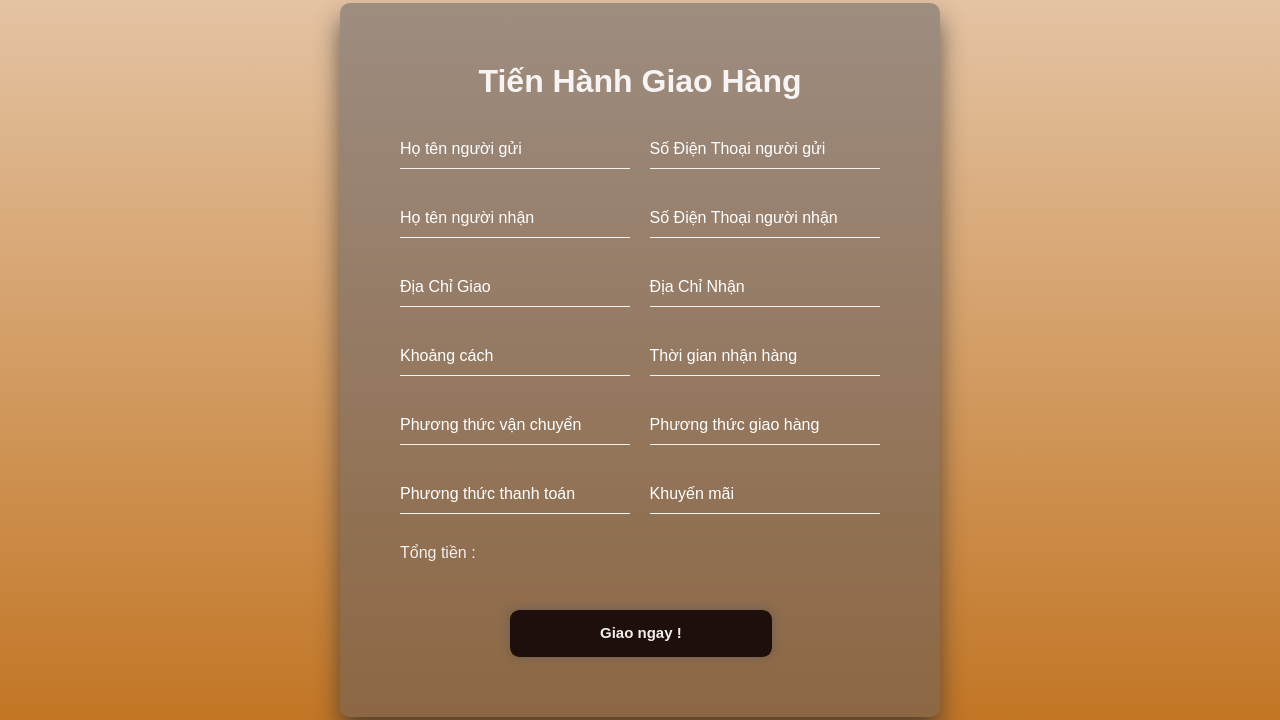
Repository: Pnguyen285/Demo
Page: Giao diện/index.html
These files come from the project's save history. The page is drawn as it stood at one moment and after the next save; the edit follows.
The browser window is 1280 px wide. The pictures show the whole page.

Above is the page before, as saved 2023-07-30 11:25:22.
Not found: Giao diện/bg-intro-desktop.png

### Giao diện/index.html
<!DOCTYPE html>
<html lang="en">
<head>
  <meta charset="UTF-8">
  <meta name="viewport" content="width=device-width, initial-scale=1.0">
  <title>Document</title>
  <link rel="stylesheet" type="" href="style.css">
  <img src="bg-intro-desktop.png" alt="">
</head>
<body>
  <div class="login-box">
    <h1>Tiến Hành Giao Hàng</h1>
    <div>
      <div class="user-box1">
        <div class="user-box">
          <input type="text" name="" required="">
          <label>Họ tên người gửi</label>
        </div>
        <div class="user-box">
          <input type="text" name="" required="">
          <label>Số Điện Thoại người gửi</label>
        </div>
      </div>
      <div class="user-box1">
        <div class="user-box">
          <input type="text" name="" required="">
          <label>Họ tên người nhận</label>
        </div>
        <div class="user-box">
          <input type="text" name="" required="">
          <label>Số Điện Thoại người nhận</label>
        </div>
      </div>
      <div class="user-box1">
        <div class="user-box">
          <input type="text" name="" required="">
          <label>Địa Chỉ Giao</label>
        </div>
        <div class="user-box">
          <input type="text" name="" required="">
          <label>Địa Chỉ Nhận</label>
        </div>
      </div>
      <div class="user-box1">
        <div class="user-box">
          <input type="text" name="" required="">
          <label>Khoảng cách</label>
        </div>
        <div class="user-box">
          <input type="text" name="" required="">
          <label>Thời gian nhận hàng</label>
        </div>
      </div>
      <div class="user-box1">
        <div class="user-box">
          <input type="number" name="" required="">
          <label>Phương thức vận chuyển</label>
        </div>
        <div class="user-box">
          <input type="number" name="" required="">
          <label>Phương thức giao hàng</label>
        </div>
      </div>
      <div class="user-box1">
        <div class="user-box">
          <input type="number" name="" required="">
          <label>Phương thức thanh toán</label>
        </div>
        <div class="user-box">
          <input type="text" name="" required="">
          <label>Khuyến mãi</label>
        </div>
      </div>
      <div class="totals">
          <label>Tổng tiền :</label>
      </div>
      <br>
      <button>
        <span class="transition"></span>
        <span class="gradient"></span>
        <span class="label">Giao ngay !</span>
      </button>
    </form>
  </div>
</body>
</html>

### Giao diện/style.css
html {
  height: 100%;
}
body {
  margin:0;
  padding:0;
  font-family: sans-serif;
  background: linear-gradient(#e4c3a3, #c27625);
}

.login-box {
  position: absolute;
  top: 50%;
  left: 50%;
  width: 600px;
  padding: 60px;
  transform: translate(-50%, -50%);
  background: rgba(88, 89, 97, 0.5);
  box-sizing: border-box;
  box-shadow: 0 15px 25px rgba(53, 50, 49, 0.742);
  border-radius: 10px;
  color:#fff
}

.login-box h1 {
  margin: 0 0 30px;
  padding: 0;
  color: #f8f4f4;
  text-align: center;
}

.login-box .user-box {
  position: relative;
  align-items: center;
  text-align: left;
}
.user-box{
  position: relative;
  display: inline-block;
  width: 48%;
  margin-right: 2%;

}
.login-box .user-box input {
  width: 100%;
  padding: 10px 0;
  font-size: 16px;
  color: #0b0607;
  margin-bottom: 30px;
  border: none;
  border-bottom: 1px solid #f2f3f0;
  outline: none;
  background: transparent;
}
.login-box .user-box label {
  position: absolute;
  top:0;
  left: 0;
  padding: 10px 0;
  font-size: 16px;
  color: #fff;
  pointer-events: none;
  transition: .5s;
}

.login-box .user-box input:focus ~ label,
.login-box .user-box input:valid ~ label {
  top: -20px;
  left: 0;
  color: #090705;
  font-size: 12px;
}


button {
  font-size: 15px;
  padding: 1em 6em;
  font-weight: 500;
  background: rgb(199, 108, 47);
  background: linear-gradient(90deg, rgba(196, 200, 203, 0.72), rgb(243, 142, 11) 0% 100%);
  color: #f1efec;
  font-weight: 900;
  border: none;
  position: relative;
  overflow: hidden;
  border-radius: 0.6em;
  box-shadow: 0 0 10px hsla(0, 2%, 37%, 0.8);
  transition: 0.2s;
  left: 110px;
}

.label {
  position: relative;
  top: -1px;
}

.transition {
  transition-timing-function: cubic-bezier(0.8, 0, 0.2, 1);
  transition-duration: 400ms;
  background: #1e0e0c;
  border-radius: 9999px;
  width: 20em;
  height: 11em;
  position: absolute;
  left: 50%;
  top: 50%;
  transform: translate(-50%, -50%);
}

button:hover .transition {
  width: 0;
  height: 0;
}

button:hover {
  transition: 0.2s;
  color: #110d0b;
}

button:active {
  transform: scale(0.97);
}
.user-box1:after {

  display: table;
  clear: both;
}
.user-box1 > div {
  float: left;
  width: 48%;
  margin-right: 4%;
}
.user-box1 > div:last-child {
  margin: 0;
}


.totals {
  margin: 0 0 30px;
  padding: 0;
  color: #f4efef;
  text-align: left;

}

After the next save:
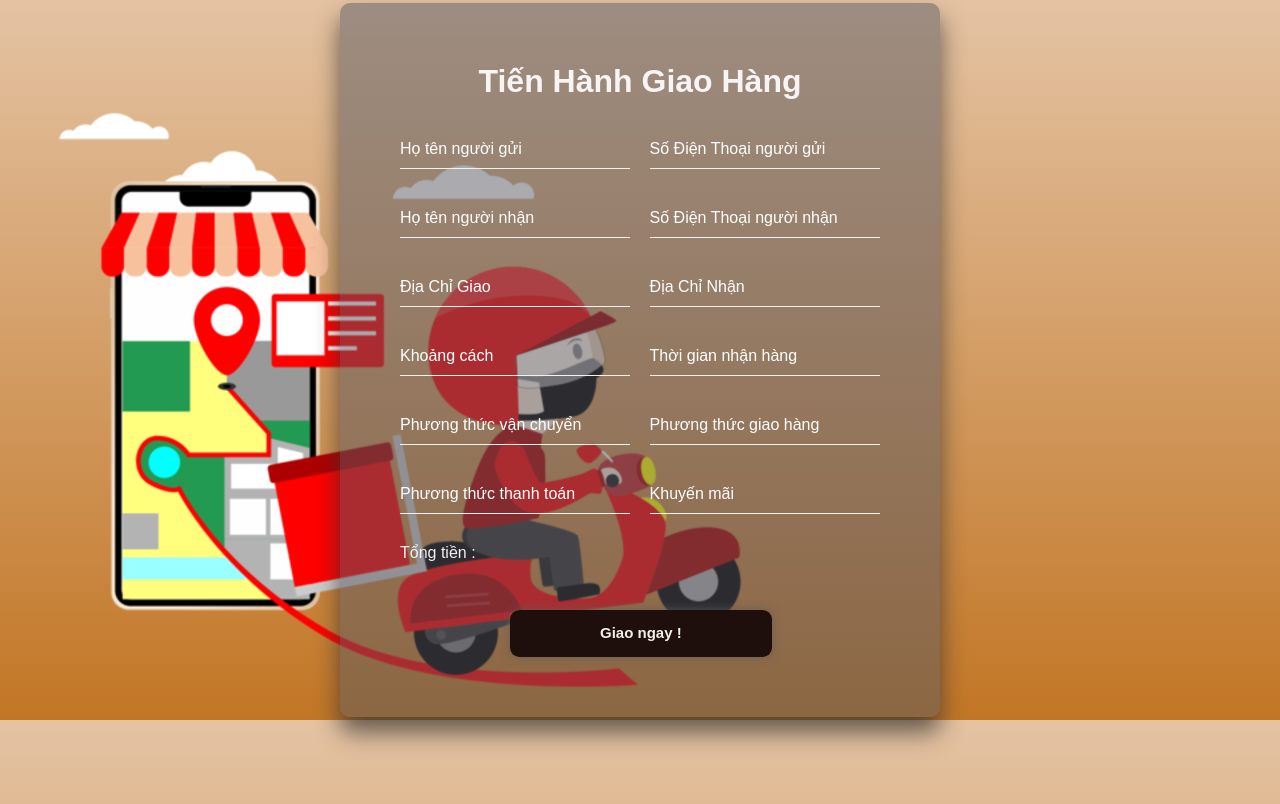
Saved 13 min 52 s later.
--- a/Giao diện/index.html
+++ b/Giao diện/index.html
@@ -5,7 +5,7 @@
   <meta name="viewport" content="width=device-width, initial-scale=1.0">
   <title>Document</title>
   <link rel="stylesheet" type="" href="style.css">
-  <img src="bg-intro-desktop.png" alt="">
+  <img src="delivery.png" alt="">
 </head>
 <body>
   <div class="login-box">
